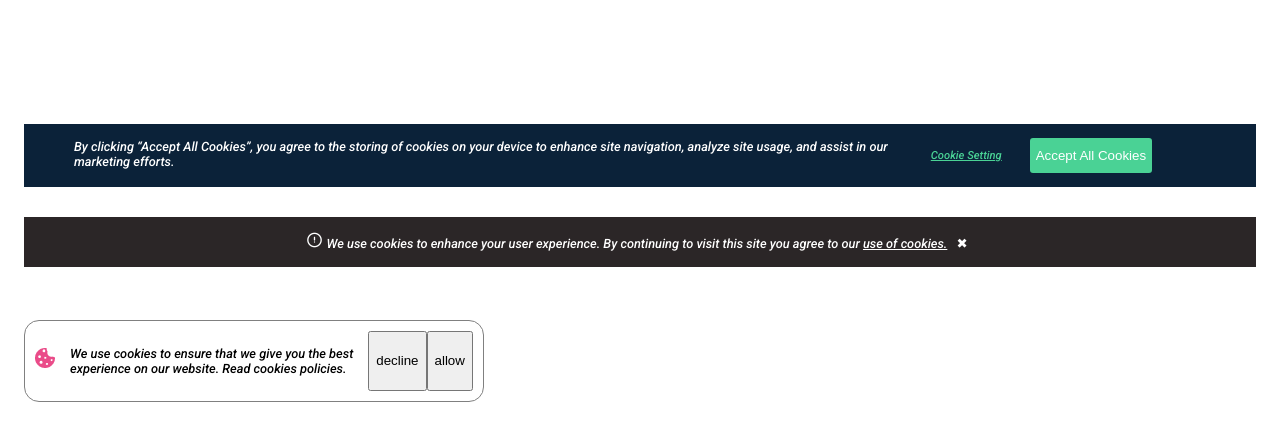
Repository: batonAnton/cursor_cookies_lectr3
Page: index.html
These files come from the project's save history. The page is drawn as it stood at one moment and after the next save; the edit follows.
The browser window is 1280 px wide. The pictures show the whole page.

Above is the page before, as saved 2022-06-01 12:40:28.

After the next save:
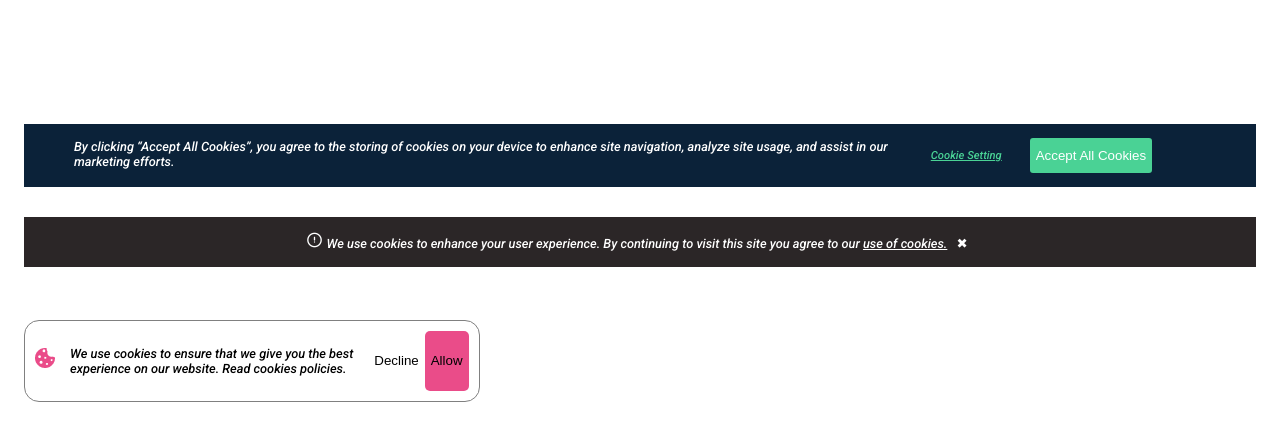
Saved 5 min 41 s later.
--- a/css/style.css
+++ b/css/style.css
@@ -72,3 +72,16 @@ p {
   height: 20px;
   margin-top: 17px;
 }
+
+.false_btn {
+  background-color: white;
+  border: none;
+  text-transform: capitalize;
+}
+
+.true_btn {
+  background-color: #ea4c89;
+  border: none;
+  border-radius: 5px;
+  text-transform: capitalize;
+}
